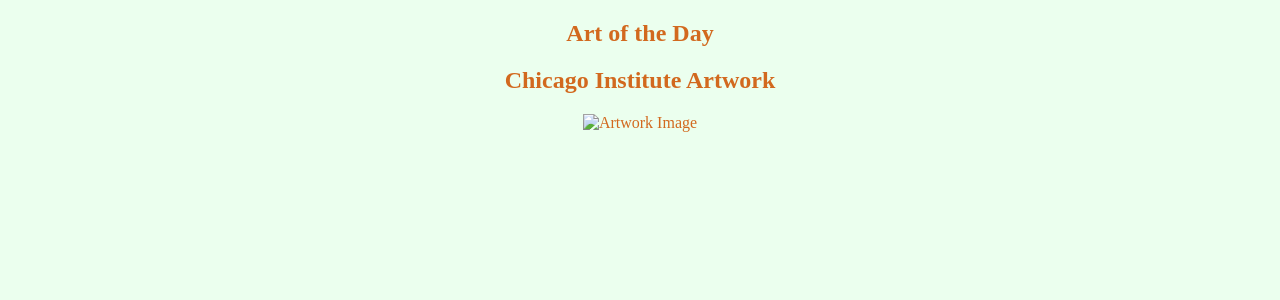
Repository: Bearandbird/amber-hinojos-API-project-haumea
Page: index.html
An editor plug-in stored every save of this project. The page is shown before and after the next save, followed by the edit.
The browser window is 1280 px wide. The pictures show the whole page.
The page's requests for data from a server got no answer.

Above is the page before, as saved 2024-05-25 07:37:17.

### index.html
<!DOCTYPE html>
<html lang="en">

<head>
    <link rel="stylesheet" href="./index.css"/>
    <meta charset="UTF-8" />
    <meta name="viewport" content="width=device-width, initial-scale=1.0" />
    <title> Art Work Website</title>

</head>

<body>
    <section id="artwork">
        <h1>Art of the Day</h1>
        <div id= "artwork-container">

        </div>
    </section>

    <section id="artworkSection">
        <h1 id="artworkName">Chicago Institute Artwork</h1>
        <h2 id="artworkTitle"></h2>
        <h2 id="artistTitleId"></h2>
        <div id="artistInfo"></div>
        <img id="artworkImage" alt="Artwork Image" />


<script src="./index.js"></script>

</body>

</html>

### index.css
body {
    background-color: rgb(235, 255, 238);
    text-align: center;
    color: chocolate;
}

img {
    max-width: 30rem;
    margin-left: auto;
    margin-right: auto;
}

### index.js
const projectsSection = document.querySelector("#artwork");
const projectsList = projectsSection.querySelector("#artwork-container");

const artworkIds = [869,2189,2816,4081,4428,4575,4758,4773,4788,4796,4884,5357,5848,6565,6596,7021,7124,8624,8633,8958,8991,9010,9503,9512,11272,11320,11393,11434,11723,13720,13853,14572,14574,14591,14598,14655,14968,15401,15468,15563,16146,16169,16231,16298,16327,16362,16487,16488,16499,16551,16568,16571,16776,16964,18709,18757,19339,20432,20579,20684,21023,23333,23506,23684,23700,23972,24306,24548,24645,24836,25332,25853,25865,27307,27310,27984,27987,27992,28067,28560,28849,30709,30839,31285,34116,34181,34286,34299,35198,35376,36132,36161,37368,37761,38930,40619,42566,43060,43145,43714,44018,44741,44892,46230,46327,47149,49195,49686,49691,49702,49714,50148,50157,50276,50330,50909,51185,52560,52679,52736,53001,55249,55384,55706,56682,56731,56905,57051,57819,58540,59426,59787,59847,60031,60755,60812,61128,61428,61603,61608,62042,62371,63178,63234,63554,64276,64339,64724,64729,64818,64884,65290,65868,65916,66039,66434,66683,68769,68823,69109,69780,70003,70202,70207,70443,70739,71396,71829,72726,72728,72801,73216,73413,73417,75644,76054,76240,76244,76279,76295,76395,76571,76779,76816,76869,79307,79379,79507,79600,80062,80084,80479,80607,81512,81558,81564,83642,83889,83905,84241,84709,85533,86340,86385,86421,87045,87163,87479,87643,88724,88793,88977,89403,89856,90048,90300,90443,90536,90583,91194,91620,93345,93811,93900,95998,97402,97910,97916,99539,99602,99766,100079,100089,100250,100472,100829,100858,102131,102234,102295,102591,102611,102963,103347,103887,103943,104031,104043,104094,105073,105105,105203,105466,105800,106538,107069,107300,109275,109330,109439,109686,109780,109819,109926,110507,110634,110663,110881,111060,111164,111317,111377,111380,111400,111401,111436,111442,111559,111610,111617,111628,111642,111654,111810,112092,117188,117266,117271,118661,118746,119454,119521,120154,122054,125660,126981,127644,127859,129884,131385,131541,135430,137125,140645,142526,144272,144361,144969,145681,146701,146905,146953,146988,146989,146991,147003,147508,147513,148412,149681,149776,150054,150739,151358,151363,151371,151424,153244,153701,154232,154235,154237,154238,155969,156442,156474,156538,157056,157156,157160,159136,159824,160144,160201,160222,160226,180298,181091,181145,181774,182728,183077,183277,184095,184186,184193,184324,184362,184371,184672,185180,185184,185222,185619,185651,185760,185766,185905,185963,186047,186049,186392,187155,187165,187528,188540,188844,188845,189207,189289,189290,189595,189600,189715,189775,189807,189932,190224,190558,191197,191371,191454,191556,192689,192890,193664,196323,198809,199002,199854,207293,210482,210511,217201,218612,220179,220272,221885,223309,225016,227420,229351,229354,229393,229406,229510,229866,230189,234004,234433,234781,234972,238749];

//Randomly generate an index into the array to get a valid artwork id
const randomInt = Math.floor(Math.random() * artworkIds.length);
const randomId = artworkIds[randomInt];
console.log(randomId);
const url = `https://api.artic.edu/api/v1/artworks/${randomId}`;
console.log(url);

//fetch the url and if the data exists for the id, get info about the artwork and the art
fetch(url)
  .then((response) => {
    if (!response.ok) {
      throw new Error("Failure to Load");
    }
    return response.json(); // Parse the response as JSON
  })
  .then((data) => {
    //Get info about artwork
    console.log(data);
    const artwork = data.data;
    console.log(artwork);
    const title = artwork.title;
    console.log(artwork.title);
    const artistTitle = artwork.artist_title;
    console.log(artistTitle);
    const artistId = artwork.artist_id; // Assuming the artist ID is available
    const artworkImageID = artwork.image_id;
    console.log(artworkImageID);

    //Add the title to the html
    const artworkTitle = document.getElementById("artworkTitle");
    console.log(artworkTitle);
    artworkTitle.innerHTML = `Title: ${title}`;

    //If artist information is available, then add it to the html
    if (artistTitle != null) {
      const artistTitleElement = document.getElementById("artistTitleId");
      console.log(artistTitleElement);
      artistTitleElement.innerHTML = `Artist: ${artistTitle}`;
    }

    //Get the artwork image for the image id
    const artworkSrcString = `https://www.artic.edu/iiif/2/${artworkImageID}/full/843,/0/default.jpg`;
    console.log(artworkSrcString);

    //Add it to the img block
    const artworkImage = document.getElementById("artworkImage");
    artworkImage.setAttribute("src", artworkSrcString);

    console.log(artworkSrcString);

    // Fetch artist info if available
    if (artistId) {
      fetch(`https://api.artic.edu/api/v1/artists/${artistId}`)
        .then(response => {
          if (!response.ok) {
            throw new Error("Failed to load artist info");
          }
          return response.json();
        })
        .then(artistData => {
          console.log(artistData);
          const artist = artistData.data;
          const artistBirthDate = artist.birth_date;
          const artistDeathDate = artist.death_date;

          const artistInfoElement = document.getElementById("artistInfo");
          artistInfoElement.innerHTML = `
            <p>Birth Date: ${artistBirthDate}</p>
            <p>Death Date: ${artistDeathDate}</p>
          `;
        })
        .catch(error => console.error('Error fetching artist info:', error));
    }
  })
  .catch((error) => {
    console.error(`Image ${randomId} not found`, error);
  });

After the next save:
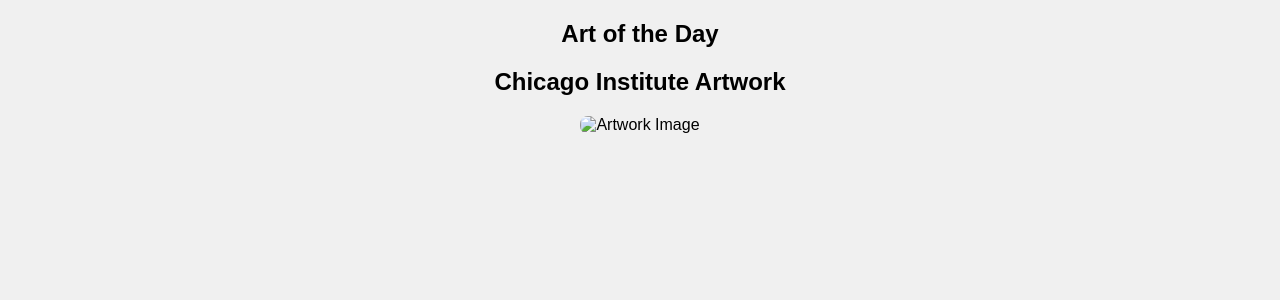
Saved 19 min 12 s later.
--- a/index.css
+++ b/index.css
@@ -1,11 +1,35 @@
 body {
-    background-color: rgb(235, 255, 238);
+    font-family: Arial, sans-serif;
+    background-color: #f0f0f0;
     text-align: center;
-    color: chocolate;
-}
+  }
 
-img {
+  .container {
+    max-width: 600px;
+    margin: 0 auto;
+    padding: 20px;
+    background-color: #fff;
+    border-radius: 8px;
+    box-shadow: 0 4px 8px rgba(0, 0, 0, 0.1);
+  }
+
+  img {
     max-width: 30rem;
     margin-left: auto;
     margin-right: auto;
+    border-radius: 8px;
+    margin-bottom: 20px;
 }
+
+  .artwork-info {
+    font-size: 16px;
+  }
+
+  .artwork-info p {
+    margin: 0;
+    margin-bottom: 10px;
+  }
+
+  .error-message {
+    color: red;
+  }
